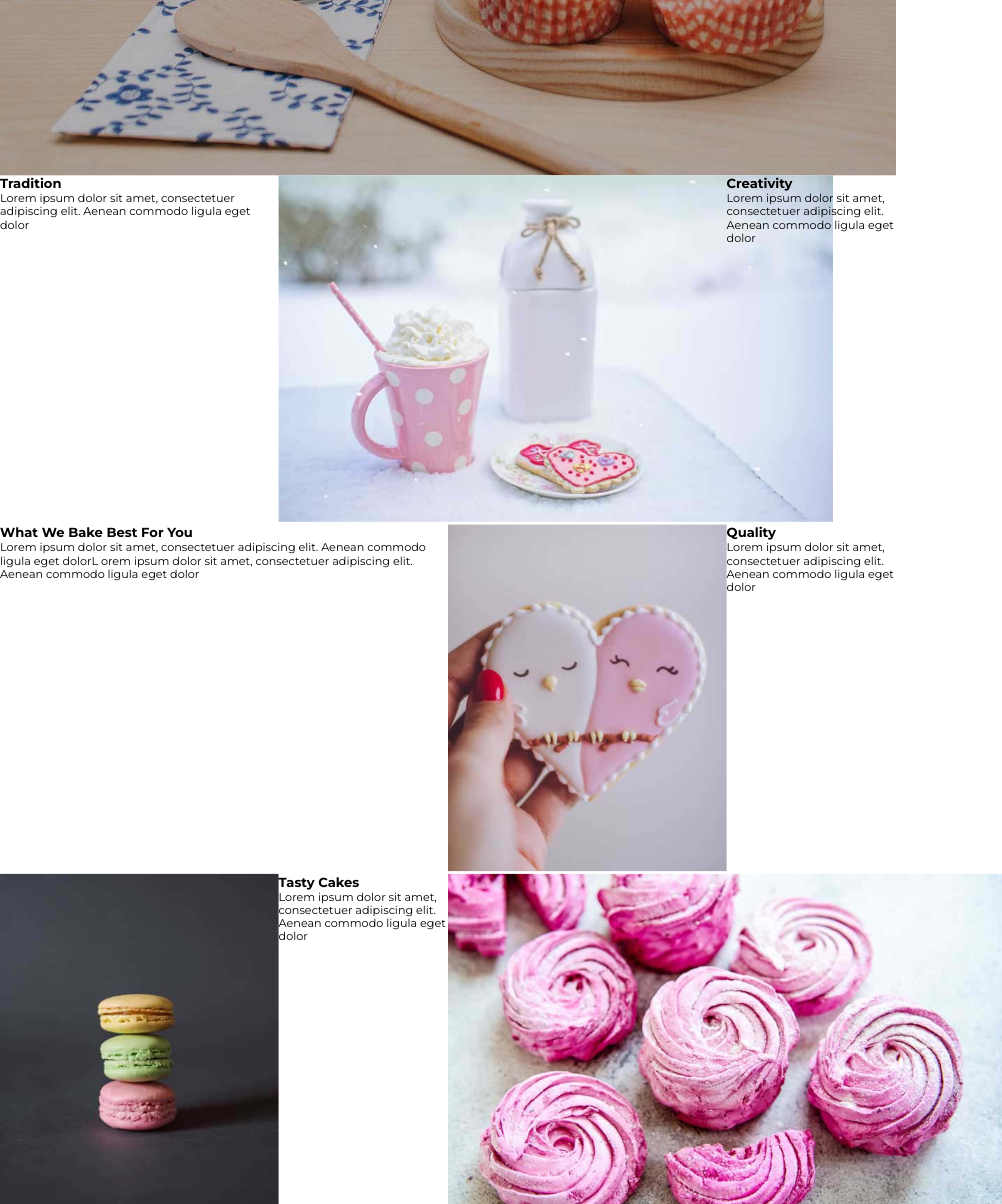
Repository: giahuy405/Bake
Page: index.html
These files come from the project's save history. The page is drawn as it stood at one moment and after the next save; the edit follows.
The browser window is 1280 px wide. The page is 1432 px wide, then 1280 px, so the pictures cover 1432 px, including what lies to the right of the window. The pictures show the part of the page from y = 619 to 2339 px (the page is 2366 px tall before and 2083 px after), at 70% of full size.

Above is the page before, as saved 2022-09-13 15:16:07.

### index.html
<!DOCTYPE html>
<html lang="en">
<head>
    <meta charset="UTF-8">
    <meta http-equiv="X-UA-Compatible" content="IE=edge">
    <meta name="viewport" content="width=device-width, initial-scale=1.0">
    <title>Document</title>
    <!-- Google Fonts -->
    <link href="https://fonts.googleapis.com/css2?family=Montserrat:wght@300;400;500;700&display=swap" rel="stylesheet">

    <link rel="stylesheet" href="./css/index.css">
</head>
<body>
        <header>
            <div class="header__content">
                <h1>BAKE</h1>
                <nav>
                    <ul>
                        <li><a class="active" href="#">HOME</a></li>
                        <li><a href="#">ABOUT</a></li>
                        <li><a href="#">SERVICE</a></li>
                        <li><a href="#">GALLERY</a></li>
                        <li><a href="#">CLIENTS</a></li>
                        <li><a href="#">CONTACT</a></li>
                    </ul>
                </nav>
            </div>
        </header>
        <section class="carousel">
            <div class="carousel__content">
                <h1>Best Bake Here</h1>
                <p>Lorem ipsum dolor sit amet consectetur adipisicing.</p>
                <button>LEARN MORE</button>
            </div>
        </section>
        <section class="intro">
            <div class="intro__item">
                <div class="intro__content">
                    <h3>Tradition</h3>
                    <p>Lorem ipsum dolor sit amet, consectetuer adipiscing elit. Aenean commodo ligula eget dolor</p>
                </div>
            </div>
            <div class="intro__item">
                <img src="./img/ab1.jpg" alt="">
            </div>
            <div class="intro__item">
                <div class="intro__content">
                    <h3>Creativity</h3>
                    <p>Lorem ipsum dolor sit amet, consectetuer adipiscing elit. Aenean commodo ligula eget dolor</p>

                </div>
            </div>
            <div class="intro__item">
                <h3>What We Bake Best For You</h3>
                <p>Lorem ipsum dolor sit amet, consectetuer adipiscing elit. Aenean commodo ligula eget dolorL orem ipsum dolor sit amet, consectetuer adipiscing elit. Aenean commodo ligula eget dolor</p>
            </div>
            <div class="intro__item">
                <img src="./img/ab2.jpg" alt="">
            </div>
            <div class="intro__item">
                <h3>Quality</h3>
                <p>Lorem ipsum dolor sit amet, consectetuer adipiscing elit. Aenean commodo ligula eget dolor</p>
            </div>
            <div class="intro__item">
                <img src="./img/ab3.jpg" alt="">
            </div>
            <div class="intro__item">
                <h3>
                    Tasty Cakes</h3>
                <p>Lorem ipsum dolor sit amet, consectetuer adipiscing elit. Aenean commodo ligula eget dolor</p>
            </div>
            <div class="intro__item">
                <img src="./img/ab4.jpg" alt="">
            </div>
        </section>
</body>
</html>

### css/index.css
*{
    padding: 0;
    margin: 0;
    box-sizing: border-box;
}
html{
    font-size: 16px;
    font-family: 'Montserrat', sans-serif;
}
header{
    background-color: #4e2a84;
    color: white;
    padding: 15px 0;
}
header .header__content h1{
    font-weight: 300;
}
nav ul{
    list-style: none;
}
nav li{
    display: inline;
    margin-left: 25px;
}
nav a{
    color: white;
    text-decoration: none;
    font-size: 12px;
    font-weight: 500;
    letter-spacing: 2px;
    transition: all .5s;
}
.header__content{
    display: flex;
    justify-content: space-around;
    align-items: center;
    width: 70%;
    margin: 0 auto;
}
nav ul li .active{
    color: #ff0e83;
}
nav ul li a:hover{
    color: #ff0e83;
}
.carousel{
    background-image: url(../img/b3.jpg);
    height: 800px;
    background-position: center;
    background-size: cover;
    color: white;
    text-align: center;
    display: flex;
    align-items: center;
    justify-content: center;
}
.carousel__content h1{
    font-size: 3rem;
    letter-spacing: 3px;
}
.carousel__content p{
    line-height: 3;
}
button{
    padding: 13px 32px;
    background-color: #ff0e83;
    border: 1px solid white;
    border-radius: 5px;
    color: white;
    cursor: pointer;
    transition: all .5s;
}
button:hover{
    background-color: white;
    color: black;
    border-color: #ff0e83;
}
.intro{
    display: grid;
    grid-template-columns: repeat(4,1fr);
}
.intro__item:nth-child(2){
    grid-column: 2 / span 2;
}
.intro__item:nth-child(4){
    grid-column: 1 / span 2;
}
.intro__item:nth-child(9){
    grid-column:  3 / span 2;
}

After the next save:
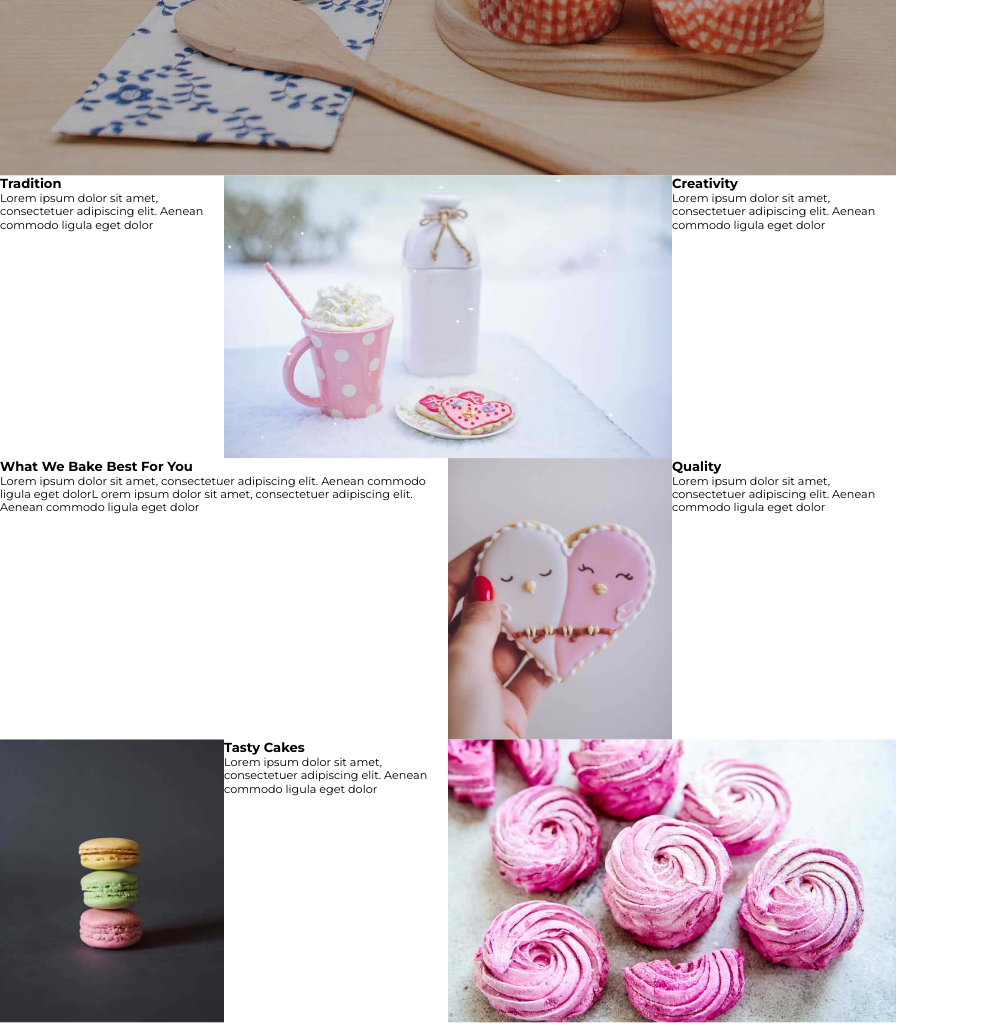
Saved 3 min 3 s later.
--- a/css/index.css
+++ b/css/index.css
@@ -88,3 +88,7 @@
 .intro__item:nth-child(9){
     grid-column:  3 / span 2;
 }
+.intro__item img{
+    width: 100%;
+    height: 100%;
+}
